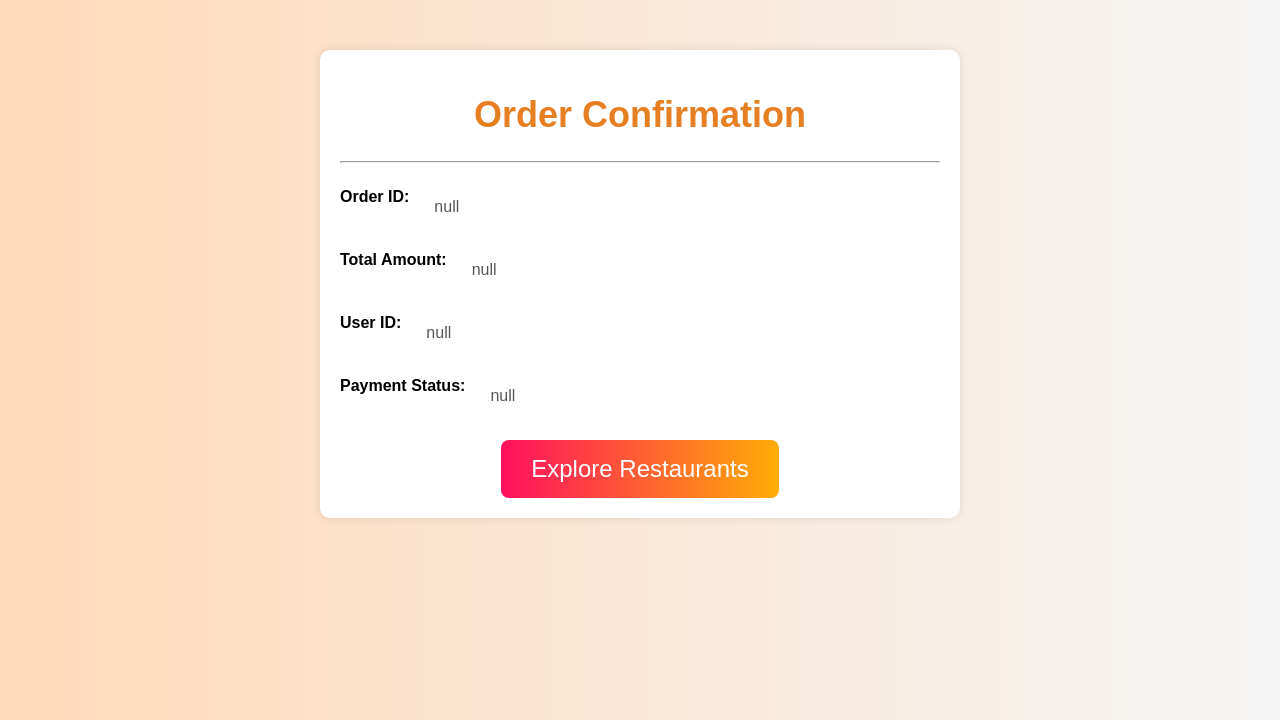
Repository: SWATHIBHUMA/FoodDelivaryApp
Page: http://localhost/FoodDelivaryApp/orderConfirmation.jsp
The author's editor kept a copy of each file at every save. The page is drawn from the files as they stood at one save, then again after the next save.
The browser window is 1280 px wide. The pictures show the whole page.
The page is served by Tomcat 9.

Above is the page before, as saved 2024-01-16 07:32:01.

After the next save:
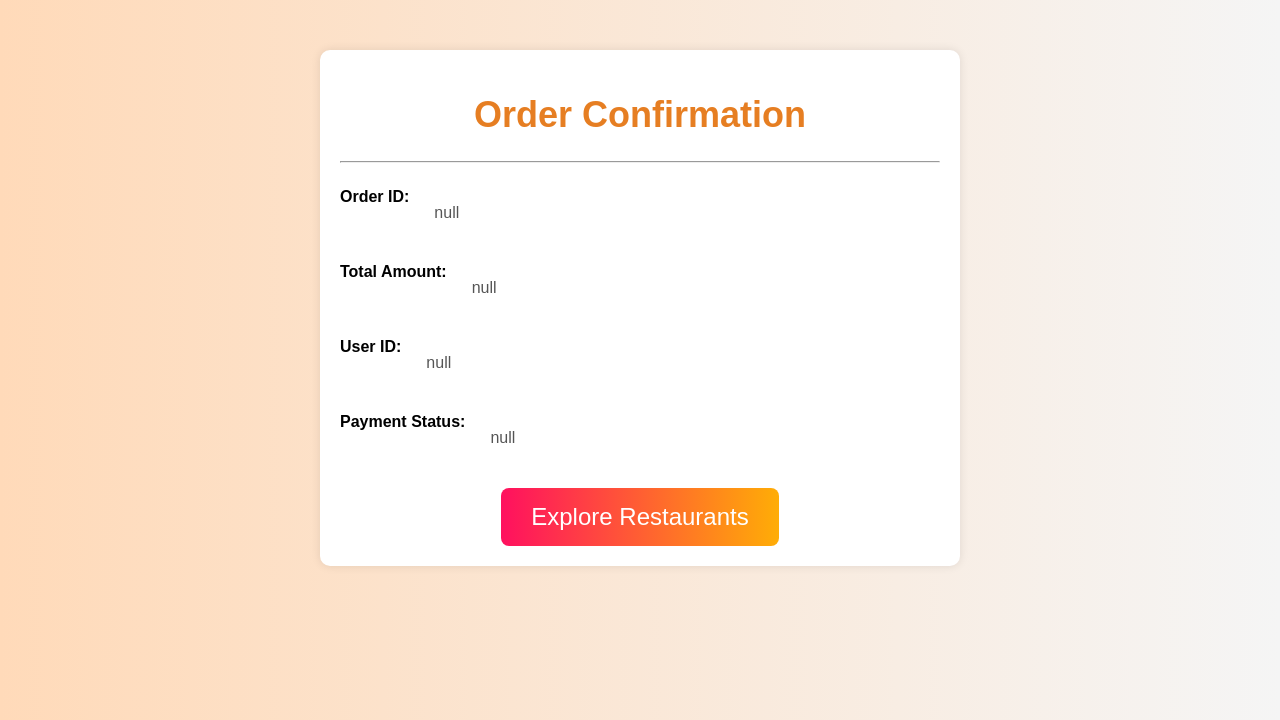
Saved 22 s later.
--- a/FoodDelivaryApp/src/main/webapp/orderConfirmation.jsp
+++ b/FoodDelivaryApp/src/main/webapp/orderConfirmation.jsp
@@ -67,7 +67,7 @@
 
         p {
             color: #555;
-            margin: 10px 0;
+
         }
 
         .form-group {

After the save that followed:
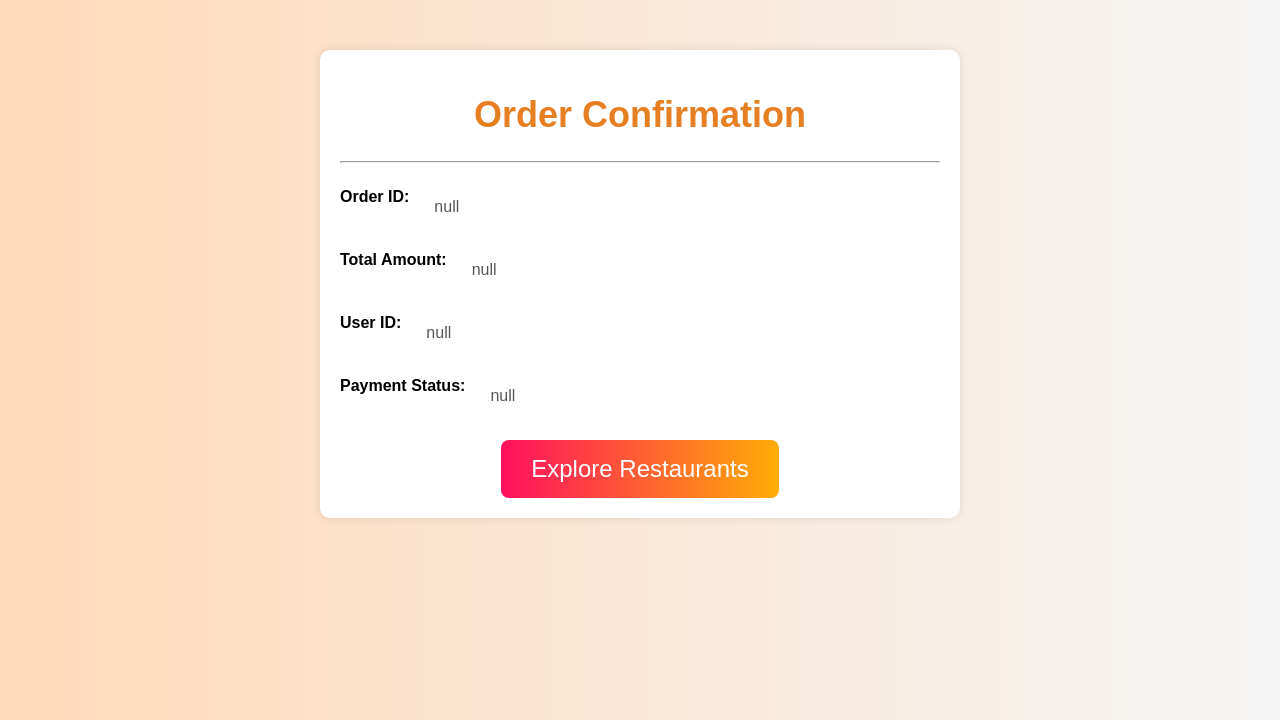
Saved 9 s later.
--- a/FoodDelivaryApp/src/main/webapp/orderConfirmation.jsp
+++ b/FoodDelivaryApp/src/main/webapp/orderConfirmation.jsp
@@ -67,7 +67,7 @@
 
         p {
             color: #555;
-
+            margin: 10px 0;
         }
 
         .form-group {
